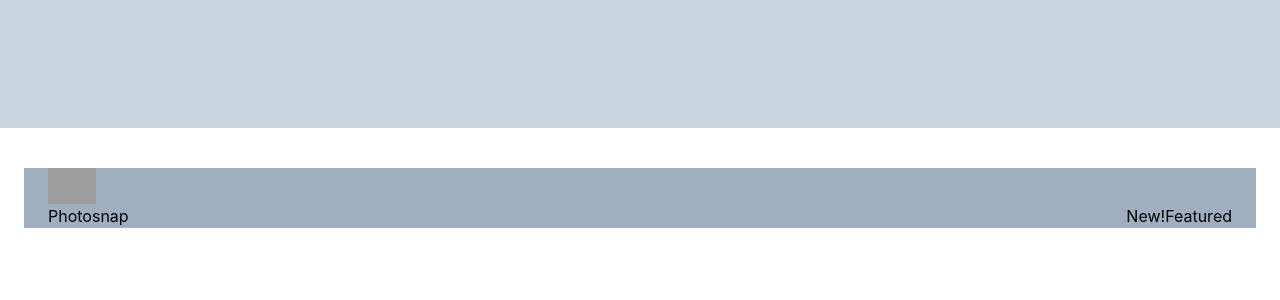
Repository: asongdon/frontendmentor-joblisting
Page: /
The author's editor kept a copy of each file at every save. The page is drawn from the files as they stood at one save, then again after the next save.
The browser window is 1280 px wide. The pictures show the whole page.
Pictures or frames that could not be fetched are drawn as grey boxes. The project was rebuilt for these pictures with package versions that can differ from the ones it lists, and the page was loaded fresh each time. The framework's server and built-in components were replaced by stand-ins that run in the browser. Also part of the build but not shown: nuxt.config.js.

Above is the page before, as saved 2020-04-12 18:32:28.

### layouts/default.vue
<template>
  <div>
    <Header/>
    <nuxt />
  </div>
</template>

<script>
import Header from '@/components/Header.vue'

export default {
  components: {
    Header
  },
}
</script>

<style>
html {
  font-family: 'Inter', -apple-system, BlinkMacSystemFont, 'Segoe UI',
    Roboto, 'Helvetica Neue', Arial, sans-serif;
  font-size: 16px;
  word-spacing: 1px;
  -ms-text-size-adjust: 100%;
  -webkit-text-size-adjust: 100%;
  -moz-osx-font-smoothing: grayscale;
  -webkit-font-smoothing: antialiased;
  box-sizing: border-box;
}

*,
*:before,
*:after {
  box-sizing: border-box;
  margin: 0;
}

.button--green {
  display: inline-block;
  border-radius: 4px;
  border: 1px solid #3b8070;
  color: #3b8070;
  text-decoration: none;
  padding: 10px 30px;
}

.button--green:hover {
  color: #fff;
  background-color: #3b8070;
}

.button--grey {
  display: inline-block;
  border-radius: 4px;
  border: 1px solid #35495e;
  color: #35495e;
  text-decoration: none;
  padding: 10px 30px;
  margin-left: 15px;
}

.button--grey:hover {
  color: #fff;
  background-color: #35495e;
}
</style>

### pages/index.vue
<template>
  <div class="container py-10 px-6">
    <Maincard/>
  </div>
</template>

<script>
import Maincard from '@/components/Maincard'
export default {
  components: {
    Maincard
  }
}
</script>

<style>
/* Sample `apply` at-rules with Tailwind CSS
.container {
  @apply min-h-screen flex justify-center items-center text-center mx-auto;
}
*/

</style>

### components/Header.vue
<template>
  <div class="w-full h-32 bg-gray-400"></div>
</template>

<script>
export default {}
</script>

<style></style>

### components/Maincard.vue
<template>
  <div class="bg-gray-500">
    <div class="px-6">
      <img class="w-12" src="~/assets/logos/faceit.svg" alt="" />
    </div>
    <div class="flex justify-between px-6">
      <div>Photosnap</div>
      <div class="flex">
        <div>New!</div>
        <div>Featured</div>
      </div>
    </div>
  </div>
</template>

<script>
export default {}
</script>

<style></style>

Loaded but not shown: assets/css/tailwind.css (common file); tailwind.config.js (common file); store/filter.js (no copy from this time; the picture is the same without it); store/index.js (no copy from this time; the picture is the same without it)

After the next save:
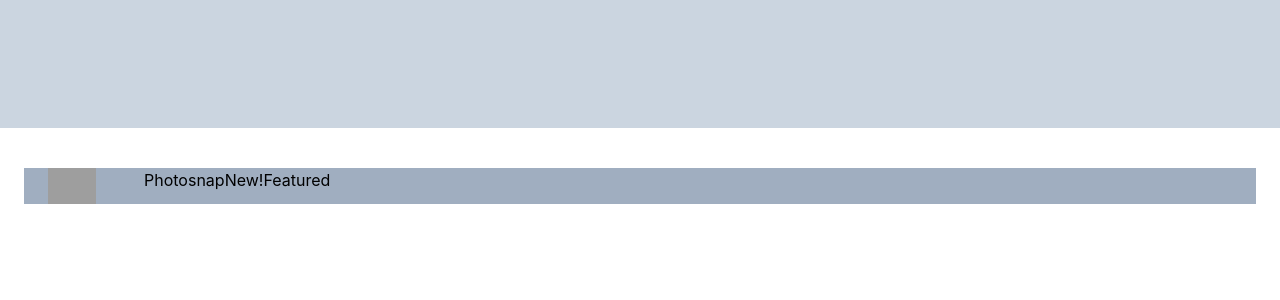
Saved 88 s later.
--- a/components/Maincard.vue
+++ b/components/Maincard.vue
@@ -1,5 +1,5 @@
 <template>
-  <div class="bg-gray-500">
+  <div class="bg-gray-500 flex">
     <div class="px-6">
       <img class="w-12" src="~/assets/logos/faceit.svg" alt="" />
     </div>

After the save that followed:
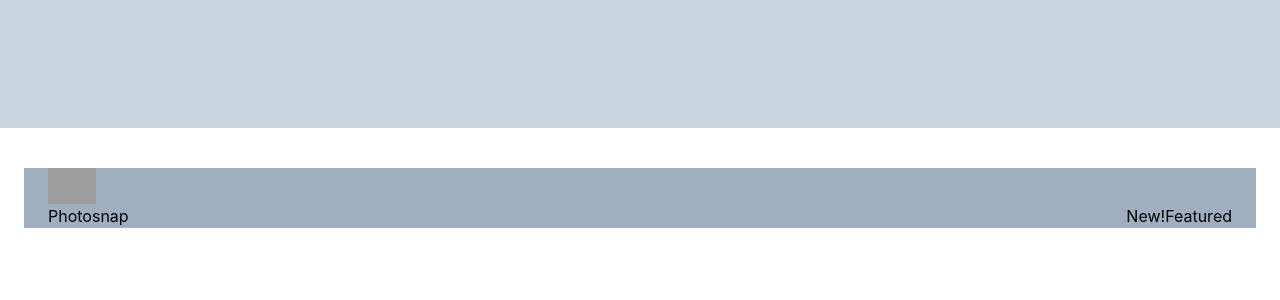
Saved 12 s later.
--- a/components/Maincard.vue
+++ b/components/Maincard.vue
@@ -1,5 +1,5 @@
 <template>
-  <div class="bg-gray-500 flex">
+  <div class="bg-gray-500 flex flex-col">
     <div class="px-6">
       <img class="w-12" src="~/assets/logos/faceit.svg" alt="" />
     </div>
